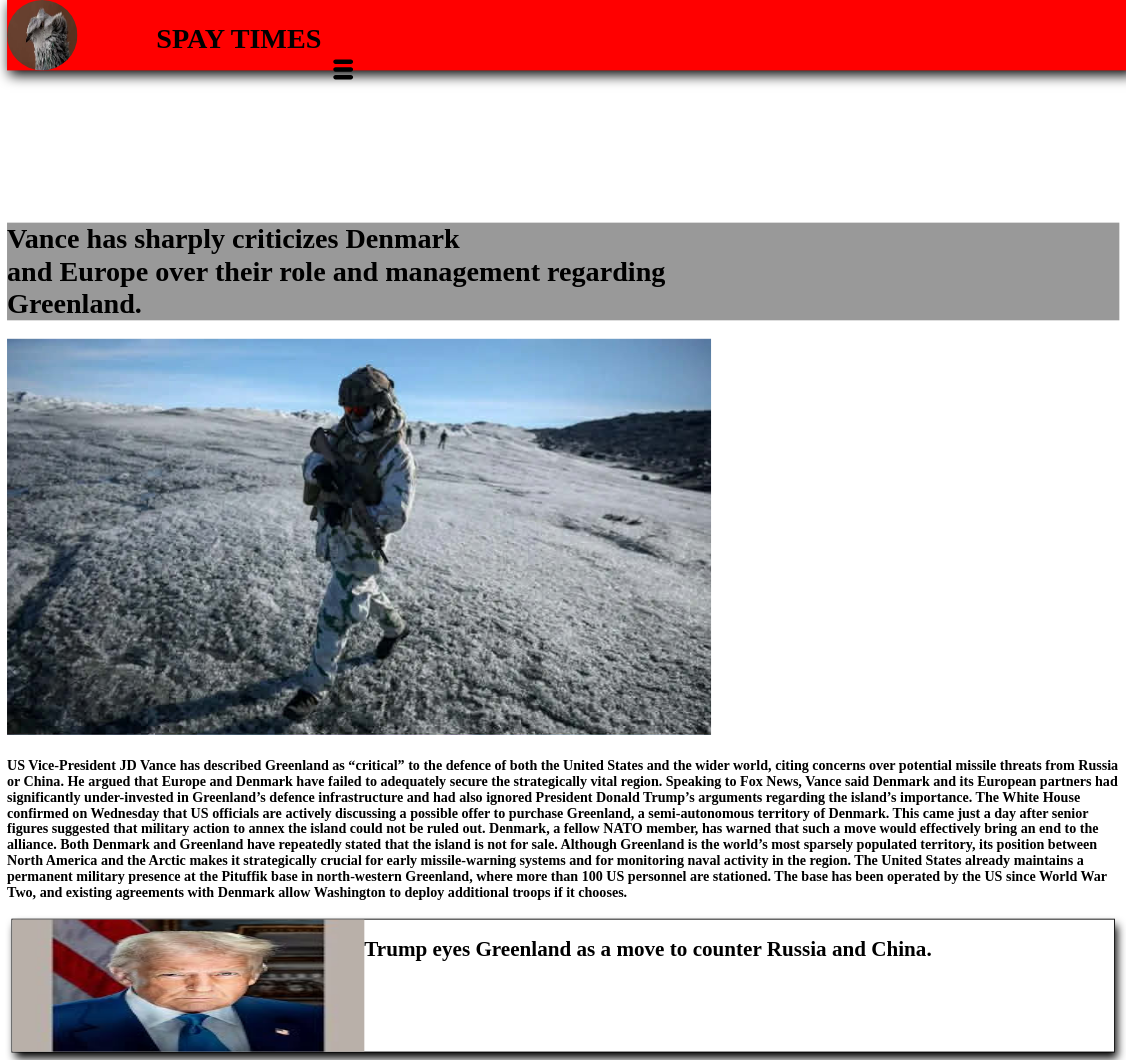
Repository: ridhukhan/spytimes
Page: /
These files come from the project's save history. The page is drawn as it stood at one moment and after the next save; the edit follows.
The browser window is 1280 px wide. The pictures show the whole page, at 88% of full size.
The project was rebuilt for these pictures with package versions that can differ from the ones it lists, and the page was loaded fresh each time. Also part of the build but not shown: vite.config.js, src/components/policy/PrivecyPolicy.jsx, src/components/policy/Terms.jsx, src/components/trending/TrendingDetails.jsx.

Above is the page before, as saved 2026-01-10 20:39:12.

After the next save:
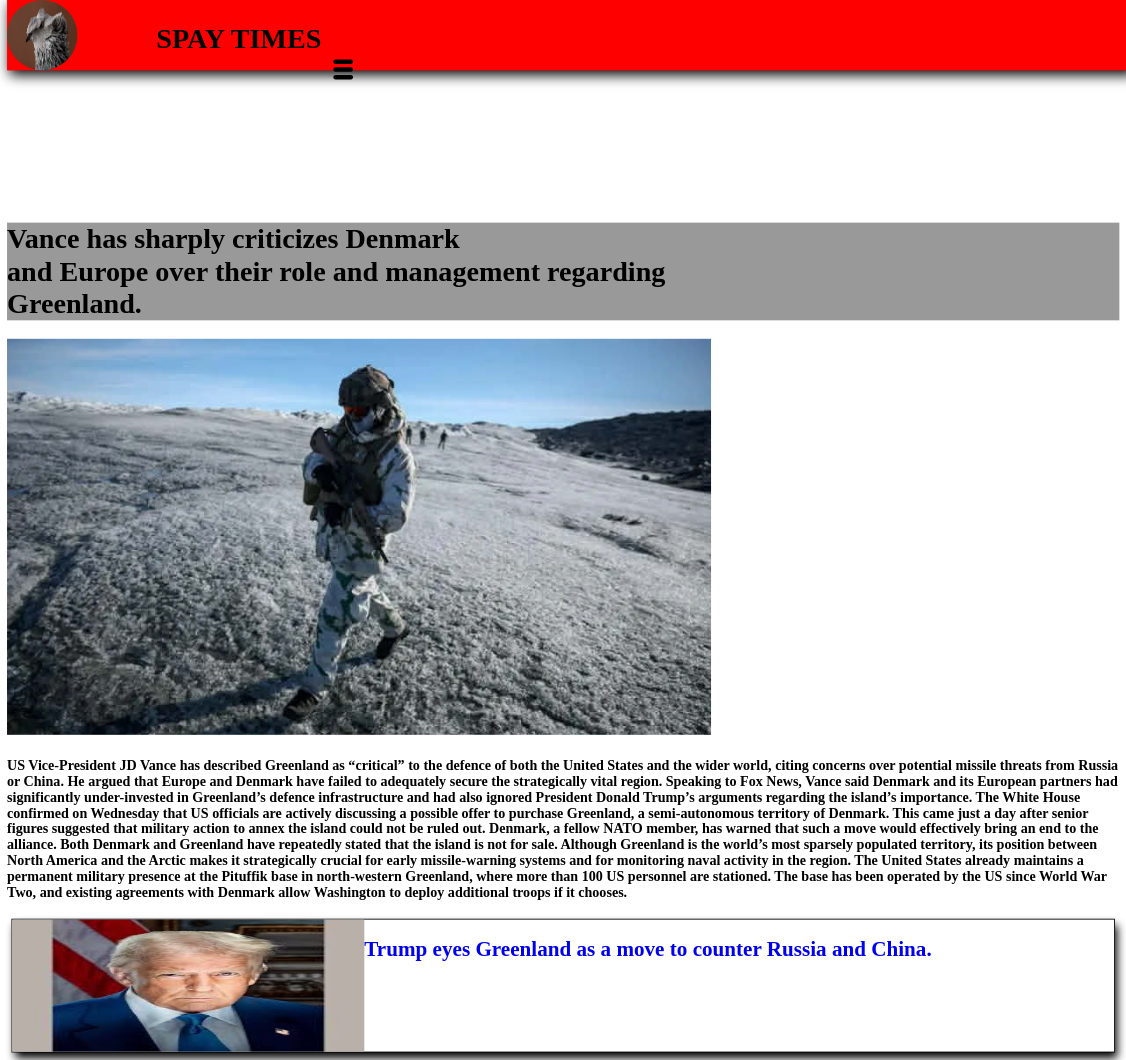
Saved 6 min 27 s later.
--- a/src/components/trending/Trending.jsx
+++ b/src/components/trending/Trending.jsx
@@ -1,11 +1,12 @@
 import React from 'react'
+import { Link } from 'react-router-dom'
 import donaldtrump from "../../assets/donaldtrump.jpeg"
 const Trending = () => {
   return (
     <div style={{display:"flex", marginTop:"5%", border:"1px solid black", margin:"5px", boxShadow:"4px 7px 10px black"}}>
 
 <img src={donaldtrump} alt="donaldtrump" style={{width:"400px", height:"150px"}}/>
-<h2>Trump eyes Greenland as a move to counter Russia and China.</h2>
+<Link to={"/Trendingdetails"}><h2>Trump eyes Greenland as a move to counter Russia and China.</h2></Link>
     </div>
   )
 }
